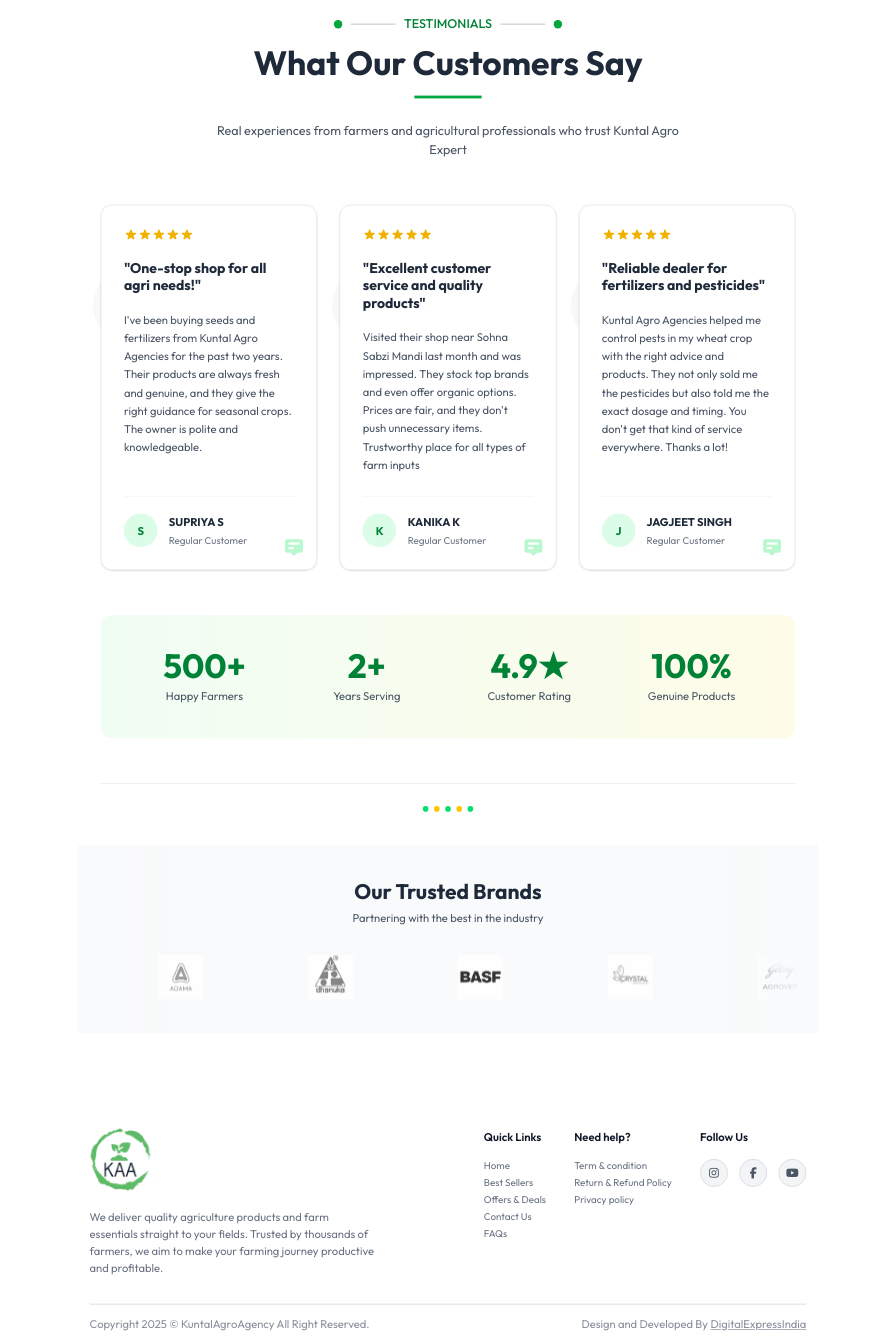
Repository: deepak445566/agro
Page: / (app in client/)
These files come from the project's save history. The page is drawn as it stood at one moment and after the next save; the edit follows.
The browser window is 1280 px wide. The pictures show the part of the page from y = 2461 to 4381 px (the page is 4381 px tall), at 70% of full size.
The page's requests for data from a server got no answer. Some web fonts or font styles are not loaded; a fallback is used. Some web libraries are served in a nearby version. The project was rebuilt for these pictures with package versions that can differ from the ones it lists, and the page was loaded fresh each time. Some packages were replaced by stand-ins written for this rebuild. No one was signed in, and anything a server would have sent is missing. Also part of the build but not shown: client/vite.config.js, client/src/components/ProductCard.jsx, client/src/components/BottomBanner.jsx, client/src/components/NewsLetter.jsx, client/src/components/Login.jsx, client/src/pages/AllProduct.jsx, client/src/pages/Productcato.jsx, client/src/pages/ProductDetail.jsx and 13 more.

Above is the page before, as saved 2025-12-23 14:38:54.

### client/index.html
<!doctype html>
<html lang="en">
  <head>
    <meta charset="UTF-8" />
    <link rel="icon" type="image/svg+xml" href="/logo1.png" />
    <meta name="viewport" content="width=device-width, initial-scale=1.0" />
    <title>Kuntal Agro Agencies</title>
    <link rel="stylesheet" href="https://cdnjs.cloudflare.com/ajax/libs/font-awesome/7.0.1/css/all.min.css" integrity="sha512-2SwdPD6INVrV/lHTZbO2nodKhrnDdJK9/kg2XD1r9uGqPo1cUbujc+IYdlYdEErWNu69gVcYgdxlmVmzTWnetw==" crossorigin="anonymous" referrerpolicy="no-referrer" />
  </head>
  <body>
    <div id="root"></div>
    <script type="module" src="/src/main.jsx"></script>
  </body>
</html>

### client/src/main.jsx
import { StrictMode } from 'react'
import { createRoot } from 'react-dom/client'
import './index.css'
import App from './App.jsx'
import {BrowserRouter} from 'react-router-dom'
import { AppContextProvider } from './context/AppContext.jsx'


createRoot(document.getElementById('root')).render(
  <BrowserRouter>
  <AppContextProvider>
    <App />
    </AppContextProvider>
 </BrowserRouter>,
)

### client/src/index.css



@import url('https://fonts.googleapis.com/css2?family=Anton&family=Archivo+Black&family=Bebas+Neue&family=Bungee&family=Exo+2:ital,wght@0,100..900;1,100..900&family=Frijole&family=Kaushan+Script&family=Lilita+One&family=Mozilla+Headline:wght@200..700&family=Outfit:wght@100..900&family=Poppins:ital,wght@0,100;0,200;0,300;0,400;0,500;0,600;0,700;0,800;0,900;1,100;1,200;1,300;1,500;1,600;1,700;1,800;1,900&family=Rowdies:wght@300;400;700&family=Signika+Negative:wght@300..700&display=swap');

@import "tailwindcss";

*{
  font-family: "Outfit", sans-serif;
}
@theme {
  --color-primary:#4fbf8b;
  --color-primary-dull: #44ae7c;
}
/* ખાસ modal transitions */
.modal-enter {
  opacity: 0;
  transform: scale(0.9);
}

.modal-enter-active {
  opacity: 1;
  transform: scale(1);
  transition: opacity 300ms, transform 300ms;
}

.modal-exit {
  opacity: 1;
}

.modal-exit-active {
  opacity: 0;
  transform: scale(0.9);
  transition: opacity 300ms, transform 300ms;
}
/* index.css में सिर्फ यह जोड़ो */
@keyframes marqueeScroll {
    0% { transform: translateX(0%); }
    100% { transform: translateX(-50%); }
}

/* Brand logo hover effect */
.brand-image {
    filter: grayscale(100%);
    opacity: 0.8;
    transition: all 0.3s ease;
}

.brand-image:hover {
    filter: grayscale(0%);
    opacity: 1;
}

### client/src/App.jsx
import React from 'react'
import Navbar from './components/Navbar'
import Home from './pages/Home'
import { Route, Routes, useLocation } from 'react-router-dom'
import { Toaster } from 'react-hot-toast';
import Footer from './components/Footer';
import { useAppContext } from './context/AppContext';
import Login from './components/Login';
import AllProduct from './pages/AllProduct';
import Productcato from './pages/Productcato';
import ProductDetail from './pages/ProductDetail';
import Cart from './pages/Cart';
import Addaddress from './components/Addaddress';
import Myorders from './pages/Myorders';
import SellerLogin from './components/seller/SellerLogin';
import SellerLayout from './pages/seller/SellerLayout';
import Addproduct from './pages/seller/Addproduct';
import ProductList from './pages/seller/ProductList';
import Order from './pages/seller/Order';
import Loading from './components/Loading';
import TermsAndConditions from './pages/Term';
import ReturnRefundPolicy from './pages/Return';
import PrivacyPolicy from './pages/Policy';
import Contact from './components/Contact';

function App() {
  const isSellerPath = useLocation().pathname.includes("seller");
  const {showLogin,isSeller} = useAppContext();

  return (
    <>
      <div className='text-default min-h-screen text-gray-700 bg-white'>
        {isSellerPath ? null : <Navbar/>}
        {showLogin ? <Login/> : null}
        <Toaster></Toaster>
        <div className={` ${isSellerPath ? " ":"px-6 md:px-16 lg:px-24 xl:px-28" }`}>
          <Routes>
            <Route path='/' element={<Home/>}/>
            <Route path='/products' element={<AllProduct/>}/>

            {/* सबसे specific route पहले - subcategory route */}
            <Route path='/products/:category/:subcategory' element={<Productcato/>}/>

            {/* फिर category route */}
            <Route path='/products/:category' element={<Productcato/>}/>

            {/* Product detail के लिए अलग route pattern */}
            <Route path='/product/:id' element={<ProductDetail/>}/>

            <Route path='/cart' element={<Cart/>}/>
            <Route path='/add-address' element={<Addaddress/>}/>
            <Route path='/myOrders' element={<Myorders/>}/>
            <Route path="/loader" element={<Loading/>}/>
            <Route path="/term" element={<TermsAndConditions/>}/>
            <Route path="/return" element={<ReturnRefundPolicy/>}/>
            <Route path='/policy' element={<PrivacyPolicy/>}/>
<Route path='/contact' element={<Contact/>}/>
            <Route path='/seller' element={isSeller?<SellerLayout/> :<SellerLogin/>}>
              <Route index element={isSeller?<Addproduct/>:null} />
              <Route path='product-list' element={isSeller?<ProductList/>:null} />
              <Route path='orders' element={<Order/>}/>
            </Route>
          </Routes>
        </div>
        {!isSellerPath && <Footer />}
      </div>
    </>
  )
}

export default App;

### client/src/pages/Home.jsx
import React from 'react'

import MainBanner from '../components/MainBanner'

import BestSeller from '../components/BestSeller'
import BottomBanner from '../components/BottomBanner'
import NewsLetter from '../components/NewsLetter'
import OurStory from '../components/OurStory'
import Reviews from '../components/Reviews'
import Categories from '../components/Categories'
import FloatingButtons from '../components/FloatingButtons'
import Brands from '../components/Brands'

export default function() {
  return (
   <>
   <div className='mt-10'>
    <MainBanner/>
 <Categories/>
    <BestSeller/>
    <OurStory/>
   <Reviews/>
   <Brands/>
  <FloatingButtons/>
   </div>
   </>
  )
}

### client/src/components/Footer.jsx
import React from 'react'
import { footerLinks } from '../assets/assets'

function Footer() {
  // Social media data with icons (using Font Awesome classes)
  const socialMedia = [
    {
      name: "Instagram",
      url: "https://www.instagram.com/kuntalagroexpert?igsh=b2MyMjRoMnVoa2Q=",
      icon: "fab fa-instagram",
      color: "hover:bg-pink-500 hover:text-white"
    },
    {
      name: "Facebook",
      url: "https://www.facebook.com/share/1Bixr7msU4/",
      icon: "fab fa-facebook-f",
      color: "hover:bg-blue-600 hover:text-white"
    },
    {
      name: "YouTube",
      url: "https://youtube.com/@kuntalagroexperts?si=Q0dwg80979FnKLTj",
      icon: "fab fa-youtube",
      color: "hover:bg-red-600 hover:text-white"
    }
  ]

  return (
    <div className="px-6 md:px-16 lg:px-24 xl:px-32 mt-24">
      <div className="flex flex-col md:flex-row items-start justify-between gap-10 py-10 border-b border-gray-500/30 text-gray-500">
        <div>
          <img className="w-34 md:w-22" src="/logo1.png" alt="dummyLogoColored" />
          <p className="max-w-[410px] mt-6">
            We deliver quality agriculture products and farm essentials straight to your fields.
            Trusted by thousands of farmers, we aim to make your farming journey productive and profitable.
          </p>
        </div>

        <div className="flex flex-wrap justify-between w-full md:w-[45%] gap-5">
          {footerLinks.map((section, index) => (
            <div key={index}>
              <h3 className="font-semibold text-base text-gray-900 md:mb-5 mb-2">
                {section.title}
              </h3>

              {/* Check if this is the "Follow Us" section */}
              {section.title === "Follow Us" ? (
                <div className="flex gap-4 mt-2">
                  {socialMedia.map((social, i) => (
                    <a
                      key={i}
                      href={social.url}
                      target="_blank"
                      rel="noopener noreferrer"
                      className={`w-10 h-10 rounded-full bg-gray-100 flex items-center justify-center
                                text-gray-600 transition-all duration-300 ${social.color}
                                border border-gray-300 hover:border-transparent`}
                      aria-label={`Follow us on ${social.name}`}
                      title={social.name}
                    >
                      <i className={social.icon}></i>
                    </a>
                  ))}
                </div>
              ) : (
                // Render regular links for other sections
                <ul className="text-sm space-y-1">
                  {section.links.map((link, i) => (
                    <li key={i}>
                      <a href={link.url} className="hover:underline transition">
                        {link.text}
                      </a>
                    </li>
                  ))}
                </ul>
              )}
            </div>
          ))}
        </div>
      </div>

      <div className='flex flex-col md:flex-row justify-between items-center py-4'>
        <p className="text-center text-sm md:text-base text-gray-500/80 mb-4 md:mb-0">
          Copyright 2025 ©{" "}
          <a href="#" className="hover:text-gray-700">
            KuntalAgroAgency
          </a>{" "}
          All Right Reserved.
        </p>

        <p className="text-center text-sm md:text-base text-gray-500/80">
          Design and Developed By{" "}
          <a
            href="https://www.digitalexpressindia.com"
            target="_blank"
            rel="noopener noreferrer"
            className="hover:text-gray-700 underline"
          >
            DigitalExpressIndia
          </a>
        </p>
      </div>
    </div>
  )
}

export default Footer

### client/src/components/MainBanner.jsx
import React from "react";
import { assets } from "../assets/assets";
import { Link } from "react-router-dom";

function MainBanner() {
  return (
    <div className="relative w-full">
      {/* Banner image */}
      <img
        src="/lo.png"
        alt="Main banner"
        className="w-full hidden md:block"
      />
      <img
        src="/mo.png"
        alt="Main banner mobile"
        className="w-full md:hidden"
      />

      {/* Overlay content */}
      <div className="absolute inset-0 flex flex-col justify-center md:items-start items-center px-6 md:px-16 mt-96 lg:mt-0 md:mt-0">


        {/* Buttons */}
        <div className="lg:mt-66 mt-20 mr-32 flex flex-col md:flex-row items-center  md:justify-start gap-4">
          <Link
            to="/products"
            className="flex items-center gap-2 px-7 py-3 bg-green-500 hover:bg-green-600 text-white rounded-md transition"
          >
            Shop now
            <img
              src={assets.white_arrow_icon}
              alt="arrow"
              className="w-4 h-4"
            />
          </Link>


        </div>
      </div>
    </div>
  );
}

export default MainBanner;

### client/src/components/BestSeller.jsx
import React from "react";
import ProductCard from "./ProductCard";
import { useAppContext } from "../context/AppContext";

function BestSeller() {
  const { products } = useAppContext();

  return (
    <div className="mt-10">
      {/* Heading */}
      <p className="text-2xl md:text-3xl font-semibold mb-4">
        Best Products
      </p>

      {/* Products Grid */}
      <div className="grid grid-cols-2 sm:grid-cols-3 md:grid-cols-4 lg:grid-cols-5 gap-4 lg:gap-6">
        {products
          .filter((item) => item.inStock)
          .slice(0, 5)
          .map((item) => (
            <ProductCard key={item._id} product={item} />
          ))}
      </div>
    </div>
  );
}

export default BestSeller;

### client/src/components/Categories.jsx
import React from "react";
import { assets, categories } from "../assets/assets";
import { useAppContext } from "../context/AppContext";

function Categories() {
  const { navigate } = useAppContext();

  // Function to handle category click
  const handleCategoryClick = (category) => {
    navigate(`/products/${category.text.toLowerCase()}`);
    scrollTo(0, 0);
  };

  return (
    <div className="mt-16">
      <div className="flex items-center justify-between mb-6">
        <p className="text-2xl md:text-3xl font-bold text-gray-900">Shop By Category</p>
        <div className="w-16 h-1 bg-primary rounded-full"></div>
      </div>

      {/* Main Categories Grid */}
      <div className="grid grid-cols-2 sm:grid-cols-3 md:grid-cols-5 lg:grid-cols-6 xl:grid-cols-7 gap-4">
        {categories.map((category, index) => (
          <div
            key={index}
            className="group cursor-pointer py-5 px-3 rounded-xl flex flex-col justify-center items-center border transition-all duration-300 hover:scale-105 hover:shadow-lg"
            style={{
              backgroundColor: category.bgColor || "#ffffff",
              borderColor: category.bgColor ? category.bgColor + "80" : "#e5e7eb"
            }}
            onClick={() => handleCategoryClick(category)}
          >
            {/* Category Icon/Image */}
            <div className="relative">
              {category.image ? (
                <img
                  src={category.image}
                  alt={category.text}
                  className="transition-transform duration-300 group-hover:scale-110 max-w-20"
                />
              ) : (
                <div className="w-16 h-16 flex items-center justify-center text-3xl">
                  {getCategoryEmoji(category.text)}
                </div>
              )}
            </div>

            {/* Category Name */}
            <p className="text-sm font-semibold mt-3 text-center text-gray-800">
              {category.text}
            </p>
          </div>
        ))}
      </div>
    </div>
  );
}

// Function to get emoji for category
const getCategoryEmoji = (category) => {
  const emojiMap = {
    "Crop": "🌱",
    "Fertilizer": "🧪",
    "Pesticide": "🐛",
    "Household Items": "🏠",
    "Sprayers": "💦",
    "Sprayers Parts": "🔧",
    "Terrace Gardening": "🏡",
    "Household Insecticides": "🦟",
    "Farm Machinery": "🚜",
    "Plantation": "🌴"
  };

  return emojiMap[category] || "📦";
};

export default Categories;

### client/src/components/FloatingButtons.jsx
import React from 'react';

function FloatingButtons() {
  const phoneNumber = "918586845185";

  // WhatsApp click handler
  const handleWhatsAppClick = () => {
    window.open(`https://wa.me/${phoneNumber}`, '_blank');
  };

  // Phone call click handler
  const handlePhoneClick = () => {
    window.location.href = `tel:${phoneNumber}`;
  };

  return (
    <div className="fixed right-4 bottom-4 md:right-6 md:bottom-6 z-50 flex flex-col gap-3">

      {/* WhatsApp Floating Button */}
      <button
        onClick={handleWhatsAppClick}
        className="relative group flex items-center justify-center w-14 h-14 md:w-16 md:h-16 bg-[#25D366] hover:bg-[#128C7E] text-white rounded-full shadow-lg transition-all duration-300 hover:shadow-xl hover:scale-105"
        aria-label="Contact on WhatsApp"
      >
        {/* WhatsApp Icon */}
        <svg
          className="w-8 h-8 md:w-10 md:h-10"
          fill="currentColor"
          viewBox="0 0 24 24"
        >
          <path d="M17.472 14.382c-.297-.149-1.758-.867-2.03-.967-.273-.099-.471-.148-.67.15-.197.297-.767.966-.94 1.164-.173.199-.347.223-.644.075-.297-.15-1.255-.463-2.39-1.475-.883-.788-1.48-1.761-1.653-2.059-.173-.297-.018-.458.13-.606.134-.133.298-.347.446-.52.149-.174.198-.298.298-.497.099-.198.05-.371-.025-.52-.075-.149-.669-1.612-.916-2.207-.242-.579-.487-.5-.669-.51-.173-.008-.371-.01-.57-.01-.198 0-.52.074-.792.372-.272.297-1.04 1.016-1.04 2.479 0 1.462 1.065 2.875 1.213 3.074.149.198 2.096 3.2 5.077 4.487.709.306 1.262.489 1.694.625.712.227 1.36.195 1.871.118.571-.085 1.758-.719 2.006-1.413.248-.694.248-1.289.173-1.413-.074-.124-.272-.198-.57-.347m-5.421 7.403h-.004a9.87 9.87 0 01-5.031-1.378l-.361-.214-3.76.982.998-3.675-.235-.374a9.86 9.86 0 01-1.51-5.26c.001-5.45 4.436-9.884 9.888-9.884 2.64 0 5.122 1.03 6.988 2.898a9.825 9.825 0 012.9 6.994c-.004 5.45-4.438 9.88-9.888 9.88m8.413-18.297A11.815 11.815 0 0012.05 0C5.495 0 .16 5.333.157 11.892c0 2.096.547 4.142 1.588 5.945L.057 24l6.305-1.654a11.882 11.882 0 005.683 1.448h.005c6.554 0 11.89-5.333 11.893-11.893 0-3.18-1.24-6.162-3.495-8.411"/>
        </svg>

        {/* Tooltip on hover */}
        <span className="absolute right-16 bg-gray-900 text-white text-sm px-3 py-1 rounded-md opacity-0 group-hover:opacity-100 transition-opacity duration-300 whitespace-nowrap">
          Chat on WhatsApp
        </span>
      </button>

      {/* Phone Floating Button */}
      <button
        onClick={handlePhoneClick}
        className="relative group flex items-center justify-center w-14 h-14 md:w-16 md:h-16 bg-blue-600 hover:bg-blue-700 text-white rounded-full shadow-lg transition-all duration-300 hover:shadow-xl hover:scale-105"
        aria-label="Call us"
      >
        {/* Phone Icon */}
        <svg
          className="w-6 h-6 md:w-8 md:h-8"
          fill="currentColor"
          viewBox="0 0 24 24"
        >
          <path d="M6.62 10.79c1.44 2.83 3.76 5.14 6.59 6.59l2.2-2.2c.27-.27.67-.36 1.02-.24 1.12.37 2.33.57 3.57.57.55 0 1 .45 1 1V20c0 .55-.45 1-1 1-9.39 0-17-7.61-17-17 0-.55.45-1 1-1h3.5c.55 0 1 .45 1 1 0 1.25.2 2.45.57 3.57.11.35.03.74-.25 1.02l-2.2 2.2z"/>
        </svg>

        {/* Tooltip on hover */}
        <span className="absolute right-16 bg-gray-900 text-white text-sm px-3 py-1 rounded-md opacity-0 group-hover:opacity-100 transition-opacity duration-300 whitespace-nowrap">
          Call: 91 85868 45185
        </span>
      </button>

      {/* Optional: Call to Action text */}
      <div className="hidden md:block absolute right-20 top-1/2 transform -translate-y-1/2 bg-green-100 text-green-800 text-xs font-semibold px-3 py-1 rounded-full animate-pulse">
        Contact Us
      </div>
    </div>
  );
}

export default FloatingButtons;

### client/src/components/Brands.jsx
import React from 'react';

const Brands = () => {
    const brandFiles = [
        "pi1.png", "pi2.jpg", "pi3.jpg", "pi4.png", "pi5.png",
        "pi6.png", "pi7.png", "pi8.png", "pi9.jpg", "pi10.png",
        "pi11.jpg", "pi12.png", "pi13.jpg", "pi14.png", "pi15.png",
        "pi16.png", "pi17.jpg", "pi18.jpg", "pi19.png", "pi20.jpg",
        "pi21.png", "pi22.png"
    ];

    return (
        <div className="relative overflow-hidden py-12 bg-gray-50">
            {/* Section Title */}
            <div className="text-center mb-10">
                <h2 className="text-3xl font-bold text-gray-800 mb-2">Our Trusted Brands</h2>
                <p className="text-gray-600">Partnering with the best in the industry</p>
            </div>

            {/* Left Gradient */}
            <div className="absolute left-0 top-0 bottom-0 w-32 bg-gradient-to-r from-gray-50 via-gray-50/80 to-transparent z-10 pointer-events-none" />

            {/* Brands Marquee */}
            <div className="relative">
                <div className="marquee-track flex">
                    {[...brandFiles, ...brandFiles].map((file, index) => (
                        <div
                            key={index}
                            className="brand-logo flex-shrink-0 mx-8 transition-all duration-300 hover:scale-110 hover:shadow-lg"
                        >
                            <img
                                src={file}
                                alt={`Brand ${index + 1}`}
                                className="brand-image h-16 w-auto object-contain   transition-all duration-300"

                                loading="lazy"
                            />
                        </div>
                    ))}
                </div>
            </div>

            {/* Right Gradient */}
            <div className="absolute right-0 top-0 bottom-0 w-32 bg-gradient-to-l from-gray-50 via-gray-50/80 to-transparent z-10 pointer-events-none" />

            {/* CSS for marquee animation */}
            <style jsx>{`
                .marquee-track {
                    animation: marquee 30s linear infinite;
                    display: flex;
                    width: max-content;
                }

                @keyframes marquee {
                    0% {
                        transform: translateX(0);
                    }
                    100% {
                        transform: translateX(-50%);
                    }
                }

                .marquee-track:hover {
                    animation-play-state: paused;
                }

                .brand-logo {
                    min-width: 150px;
                    display: flex;
                    align-items: center;
                    justify-content: center;
                    padding: 0 20px;
                }

                @media (max-width: 768px) {
                    .brand-logo {
                        min-width: 120px;
                    }
                    .brand-image {
                        height: 40px;
                    }
                    .marquee-track {
                        animation-duration: 20s;
                    }
                }
            `}</style>
        </div>
    );
};

export default Brands;

Loaded but not shown: client/src/assets/assets.js (196 lines, source omitted); client/src/components/Navbar.jsx (396 lines, source omitted); client/src/components/OurStory.jsx (171 lines, source omitted); client/src/components/Reviews.jsx (170 lines, source omitted); client/src/context/AppContext.jsx (189 lines, source omitted)

After the next save:
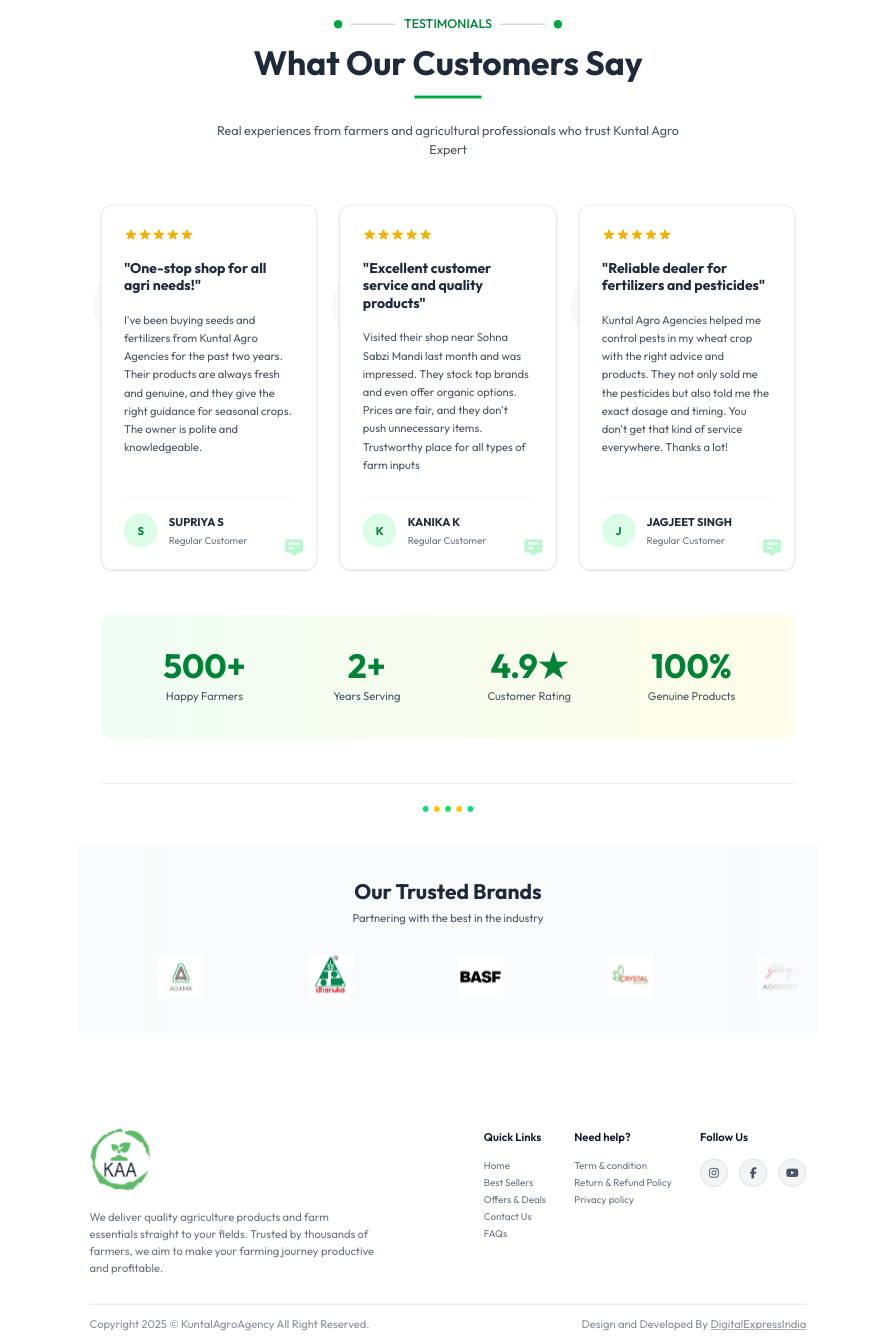
Saved 53 s later.
--- a/client/src/index.css
+++ b/client/src/index.css
@@ -34,19 +34,3 @@
   transition: opacity 300ms, transform 300ms;
 }
 /* index.css में सिर्फ यह जोड़ो */
-@keyframes marqueeScroll {
-    0% { transform: translateX(0%); }
-    100% { transform: translateX(-50%); }
-}
-
-/* Brand logo hover effect */
-.brand-image {
-    filter: grayscale(100%);
-    opacity: 0.8;
-    transition: all 0.3s ease;
-}
-
-.brand-image:hover {
-    filter: grayscale(0%);
-    opacity: 1;
-}
